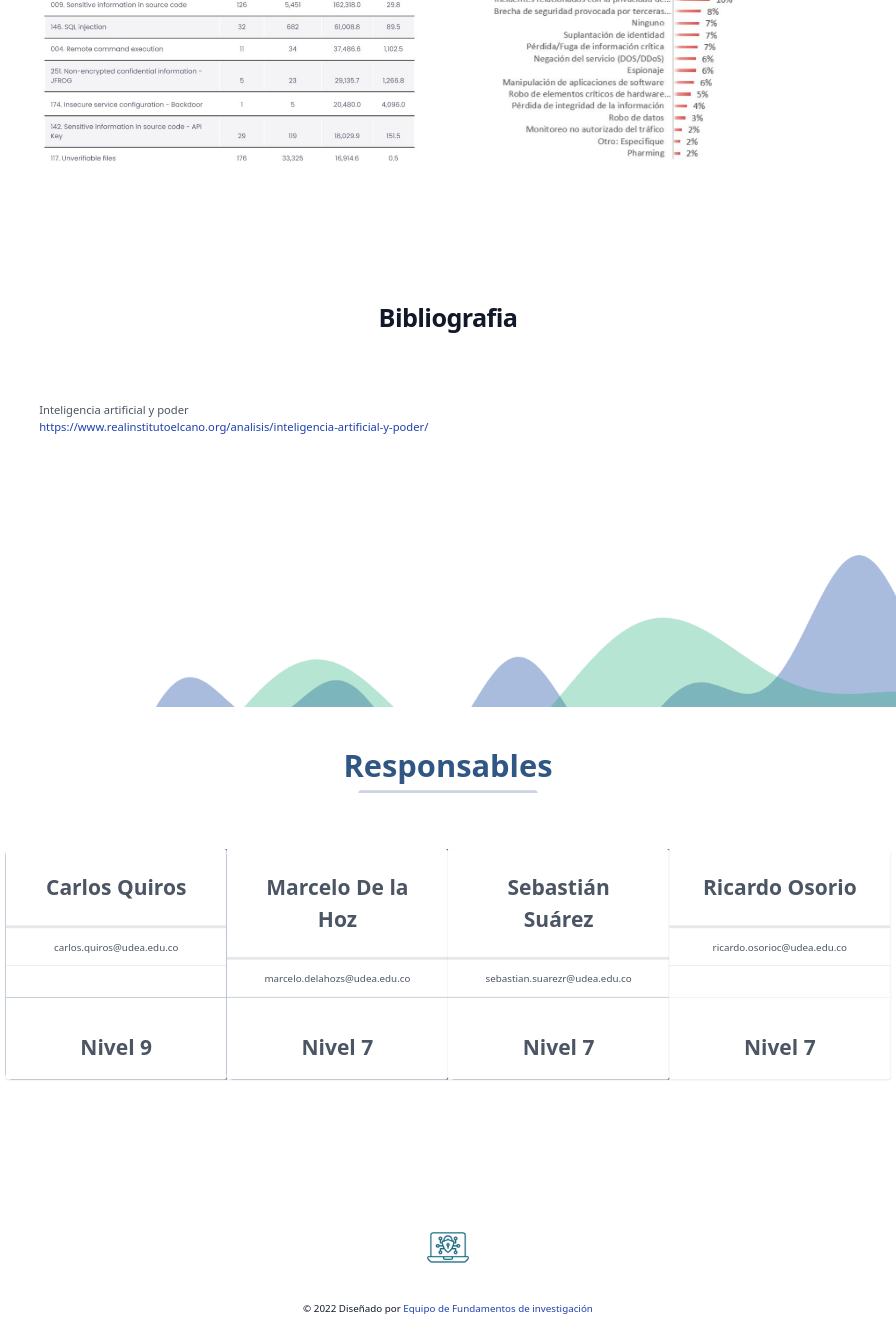
Repository: cardacar/fdi-2022
Page: /
These files come from the project's save history. The page is drawn as it stood at one moment and after the next save; the edit follows.
The browser window is 1280 px wide. The pictures show the part of the page from y = 4580 to 6500 px (the page is 6504 px tall before and 6904 px after), at 70% of full size.
The project was rebuilt for these pictures with package versions that can differ from the ones it lists, and the page was loaded fresh each time. The framework's server and built-in components were replaced by stand-ins that run in the browser. Also part of the build but not shown: next.config.js.

Above is the page before, as saved 2022-08-07 16:51:19.

### src/pages/index.tsx
import React from "react";

import About from "../components/About";
import Canvas from "../components/Canvas";
import Features from "../components/Features";
import Header from "../components/Header";
import LazyShow from "../components/LazyShow";
import MainHero from "../components/MainHero";
import MainHeroImage from "../components/MainHeroImage";
import Pricing from "../components/Pricing";
import Product from "../components/Product";
import Necesidad from "../components/Necesidad";
import Problema from "../components/Problema";
import Bibliografia from "../components/Bibliografia";

const App = () => {
  return (
    <div className={`bg-background grid gap-y-16 overflow-hidden`}>
      <div className={`relative bg-background`}>
        <div className="max-w-7xl mx-auto">
          <div
            className={`relative z-10 pb-8 bg-background sm:pb-16 md:pb-20 lg:max-w-2xl lg:w-full lg:pb-28 xl:pb-32`}
          >
            <Header />
            <MainHero />
          </div>
        </div>
        <MainHeroImage />
      </div>
      <Canvas />
      <LazyShow>
        <>
          <Product />
          <Canvas />
        </>
      </LazyShow>
      <LazyShow>
        <>
          <Features />
        </>
      </LazyShow>
      <LazyShow>
        <>
          <Necesidad />
        </>
      </LazyShow>

      <LazyShow>
        <>
          <Problema />
        </>
      </LazyShow>

      <LazyShow>
        <>
          <Bibliografia />
        </>
      </LazyShow>

      <LazyShow>
        <>
          <Canvas />

          <Pricing />
        </>
      </LazyShow>
      <LazyShow>
        <>
          <About />
        </>
      </LazyShow>
    </div>
  );
};

export default App;

### src/styles/main.css
@tailwind base;
@tailwind components;
@tailwind utilities;


:root {
  --color-primary: #11626D;
  --color-secondary: #1F9BAD;
  --color-tertiaty: #99a0a3;
}

a {
  @apply text-blue-800;
}

a:hover {
  @apply border-b-2 border-blue-900;
}



.content p {
  @apply my-6;
}

.content ul {
  @apply my-6;
}

### src/utils/AppConfig.ts
export const AppConfig = {
  site_name: 'FDICIA',
  title: 'Cómo influye la Inteligencia Artificial a la ciberseguridad en las empresas Colombianas',
  description: '',
  locale: 'es',
};

### src/components/About.tsx
import React from 'react';

import config from '../config/index.json';

const About = () => {
  const { company } = config;
  const { logo, name: companyName } = company;


  return (
    <div
      id="about"
      className="mx-auto container xl:px-20 lg:px-12 sm:px-6 px-4 py-12"
    >
      <div className="flex flex-col items-center justify-center">
        <div>
          <img src={logo} alt={companyName} className="w-16 h-16" style={{color: 'red'}}/>
        </div>
        <div className="flex items-center mt-6">
          <p className="mt-6 text-xs lg:text-sm leading-none text-gray-900 dark:text-gray-50">
            &copy; {new Date().getFullYear()} Diseñado por{' '}
            <a href="#" rel="nofollow">
              Equipo de Fundamentos de investigación
            </a>
          </p>
        </div>
      </div>
    </div>
  );
};
export default About;

### src/components/Canvas.tsx
import { useRef, FC, useEffect, useState } from 'react';

import { CanvasContext } from '../hooks/useCanvas';
import useResponsiveSize from '../hooks/useResponsiveSize';
import Wave from './Wave';

const Canvas: FC = () => {
  const canvasRef = useRef<HTMLCanvasElement>(null);
  const { width } = useResponsiveSize();
  const [context, setContext] = useState<
    CanvasRenderingContext2D | undefined
  >();

  useEffect(() => {
    const ctx = canvasRef?.current?.getContext('2d');
    if (ctx) setContext(ctx);
  }, []);

  return (
    <>
      <CanvasContext.Provider value={{ context }}>
        <canvas id="canvas" ref={canvasRef} width={width} height={220}></canvas>
        <Wave />
      </CanvasContext.Provider>
    </>
  );
};

export default Canvas;

### src/components/Features.tsx
import React from 'react';

import config from '../config/index.json';

const Features = () => {
  const { features } = config;
  const { title, subtitle, description, items: featuresList } = features;
  return (
    <div className={`py-12 bg-background`} id="features">
      <div className="max-w-7xl mx-auto px-4 sm:px-6 lg:px-8">
        <div className="lg:text-center">
          <h2
            className={`text-base text-primary font-semibold tracking-wide uppercase`}
          >
            {title}
          </h2>
          <p className="mt-2 text-3xl leading-8 font-extrabold tracking-tight text-gray-900 sm:text-4xl">
            {subtitle}
          </p>
          <p className="mt-4 max-w-2xl text-xl text-gray-500 lg:mx-auto">
            {description}
          </p>
        </div>

        <div className="mt-10">
          <dl className="space-y-10 md:space-y-0 md:grid md:grid-cols-2 md:gap-x-8 md:gap-y-10">
            {featuresList.map((feature) => (
              <div key={feature.name} className="relative">
                <dt>
                  <div
                    className={`absolute flex items-center justify-center h-12 w-12 rounded-md bg-background text-tertiary border-primary border-4`}
                  >
                    <img
                      className={`inline-block h-6 w-6`}
                      src={feature.icon}
                      alt={feature.name}
                    />
                  </div>
                  <p className="ml-16 text-lg leading-6 font-medium text-gray-900">
                    {feature.name}
                  </p>
                </dt>
                <dd className="mt-2 ml-16 text-base text-gray-500">
                  {feature.description}
                </dd>
              </div>
            ))}
          </dl>
        </div>
      </div>
    </div>
  );
};

export default Features;

### src/components/LazyShow.tsx
import React, { MutableRefObject, useEffect, useRef, useState } from 'react';

import { motion, useAnimation } from 'framer-motion';

function useOnScreen(
  ref: MutableRefObject<HTMLDivElement | null>,
  rootMargin = '0px'
) {
  const [isIntersecting, setIntersecting] = useState(false);

  useEffect(() => {
    let currentRef: any = null;
    const observer = new IntersectionObserver(
      ([entry]) => {
        if (entry?.isIntersecting) setIntersecting(entry?.isIntersecting);
      },
      {
        rootMargin,
      }
    );
    if (ref && ref?.current) {
      currentRef = ref.current;
      observer.observe(currentRef);
    }
    return () => {
      observer.unobserve(currentRef);
    };
  }, [ref, rootMargin]); // Empty array ensures that effect is only run on mount and unmount

  return isIntersecting;
}

const LazyShow = ({ children }: { children: React.ReactChild }) => {
  const controls = useAnimation();
  const rootRef = useRef<HTMLDivElement>(null);
  const onScreen = useOnScreen(rootRef);
  useEffect(() => {
    if (onScreen) {
      controls.start({
        x: 0,
        opacity: 1,
        transition: {
          duration: 0.5,
          ease: 'easeOut',
        },
      });
    }
  }, [onScreen, controls]);
  return (
    <motion.div
      className="lazy-div"
      ref={rootRef}
      initial={{ opacity: 0, x: -50 }}
      animate={controls}
    >
      {children}
    </motion.div>
  );
};

export default LazyShow;

### src/components/MainHero.tsx
import React from 'react';

import config from '../config/index.json';

const MainHero = () => {
  const { mainHero } = config;
  return (
    <main className="mt-10 mx-auto max-w-7xl px-4 sm:mt-12 sm:px-6 md:mt-16 lg:mt-20 lg:px-8 xl:mt-28">
      <div className="sm:text-center lg:text-left">
        <h1 className="text-4xl tracking-tight font-extrabold text-gray-900 sm:text-5xl md:text-6xl">
          <span className="block xl:inline">{mainHero.title}</span>{' '}
          <span className={`block text-primary xl:inline`}>
            {mainHero.subtitle}
          </span>
        </h1>
        <p className="mt-3 text-base text-gray-500 sm:mt-5 sm:text-lg sm:max-w-xl sm:mx-auto md:mt-5 md:text-xl lg:mx-0">
          {mainHero.description}
        </p>
      </div>
    </main>
  );
};

export default MainHero;

### src/components/Product.tsx
import React from "react";

import config from "../config/index.json";
import Divider from "./Divider";

const Product = () => {
  const { product } = config;
  const [firstItem, secondItem] = product.items;

  return (
    <section className={`bg-background py-8`} id="product">
      <div className={`container max-w-5xl mx-auto m-8`}>
        <h1
          className={`w-full my-2 text-5xl font-bold leading-tight text-center text-primary`}
        >
          {product.title.split(" ").map((word, index) => (
            <span
              key={index}
              className={index % 2 ? "text-primary" : "text-border"}
            >
              {word}{" "}
            </span>
          ))}
        </h1>
        <Divider />
        <div className={`flex flex-wrap`}>
          <div className={`w-5/6 sm:w-1/2 p-6 mt-20`}>
            <h3
              className={`text-3xl text-gray-800 font-bold leading-none mb-3`}
            >
              {firstItem?.title}
            </h3>
            <p className={`text-gray-600`}>{firstItem?.description}</p>
          </div>
          <div className={`w-full sm:w-1/2 p-6`}>
            <img
              className="h-6/6"
              src={firstItem?.img}
              alt={firstItem?.title}
            />
          </div>
        </div>
        <div className={`flex flex-wrap flex-col-reverse sm:flex-row`}>
          <div className={`w-full sm:w-1/2 p-6`}>
            <img
              className="h-6/6"
              src={secondItem?.img}
              alt={secondItem?.title}
            />
          </div>
          <div className={`w-full sm:w-1/2 p-6 mt-20`}>
            <div className={`align-middle`}>
              <h3
                className={`text-3xl text-gray-800 font-bold leading-none mb-3`}
              >
                {secondItem?.title}
              </h3>
              <p className={`text-gray-600 mb-8`}>{secondItem?.description}</p>
            </div>
          </div>
          <div className={`w-full p-6 mt-20 text-center`}>
            <div className={`align-middle`}>
              <h3
                className={`text-3xl text-gray-800 font-bold leading-none mb-3`}
              >
              </h3>
              <p className={`text-gray-600 mb-8 text-justify`}>
                Con el incremento en la cantidad de información que se maneja en
                la red en especial a nivel empresarial, se ve la necesidad de
                gestionar y controlar la seguridad de toda esta, velando por la
                automatización de muchos de estos procesos, para asi no agobiar
                y mantener al personal concentrado en los casos mas importante.
                Aqui es donde entra la inteligencia artificial,siendo una
                herramienta que permite la constante actualización de su uso,
                permite asumir una gran cantidad de tareas a la hora de mantener
                la seguridad de la información.<br></br><br></br> En cuanto a generar las fallas
                de seguridad, las mismas características que hacen a las IA una
                de las mejores herramientas para proteger información, las
                vuelven a su vez las más óptimas para penetrar en los sistemas
                de seguridad, además de que estas tienen una ventaja, la cual es
                que tú como defensor no puedes fallar nunca, pero como atacante
                no importa cuantas veces falles, dado que con solo una victoria,
                es la derrota total para la seguridad del sistema. Al ser las IA
                capaz de evolucionar con cada intento, las que tendrían más
                capacidad de desarrollo a lo largo del tiempo será la del
                atacante.
              </p>
            </div>
          </div>
        </div>
      </div>
    </section>
  );
};

export default Product;

### src/components/Necesidad.tsx
import React from 'react';

import config from '../config/index.json';

const Necesidad = () => {
  const { Necesidad } = config;
  const { title, subtitle, description, items: featuresList } = Necesidad;
  return (
    <div className={`py-12 bg-background`} id="necesidad">
      <div className="max-w-7xl mx-auto px-4 sm:px-6 lg:px-8">
        <div className="lg:text-center">
          <h2
            className={`text-base text-primary font-semibold tracking-wide uppercase`}
          >
            {title}
          </h2>
          <p className="mt-2 text-3xl leading-8 font-extrabold tracking-tight text-gray-900 sm:text-4xl">
            {subtitle}
          </p>
          <p className="mt-4 max-w-2xl text-xl text-gray-500 lg:mx-auto">
            {description}
          </p>
        </div>

        <div className="mt-10">
          <dl className="space-y-10 md:space-y-0 md:grid md:grid-cols-2 md:gap-x-8 md:gap-y-10">
            {featuresList.map((feature) => (
              <div key={feature.name} className="relative">
                <dt>
                  <p className="ml-16 text-lg leading-6 font-medium text-gray-900">
                    {feature.name}
                  </p>
                </dt>
                <dd className="mt-2 ml-16 text-base text-gray-500">
                  {feature.description}
                </dd>
              </div>
            ))}
          </dl>
        </div>
      </div>
    </div>
  );
};

export default Necesidad;

### src/components/Problema.tsx
import React from "react";
import config from "../config/index.json";

const Problema = () => {
  return (
    <div className={`py-12 bg-background`} id="problema">
      <div className="max-w-7xl mx-auto px-4 sm:px-6 lg:px-8">
        <div className="lg:text-center">
          <p className="mt-2 text-3xl leading-8 font-extrabold tracking-tight text-gray-900 sm:text-4xl">
            Problema
          </p>
        </div>
        <div className={`w-full p-6 mt-20 text-center`}>
            <div className={`align-middle`}>
              <h3
                className={`text-3xl text-gray-800 font-bold leading-none mb-3`}
              >
              </h3>
              <p className={`text-gray-600 mb-8 text-justify`}>
              En el año 2021 se presentaron 41 billones de intentos de ataques
            cibernéticos en el mundo y siete billones en Colombia. De acuerdo
            con el último informe presentado por la Fiscalía General de la
            Nación, en Colombia en el año 2021 el número de ataques cibernéticos
            aumentó en un 30%, comparado con el año anterior. Si bien, las
            compañías y entidades oficiales han venido trabajando fuertemente en
            estrategias tendientes a robustecer las medidas de ciberseguridad,
            estas no han sido suficientes, ya que casos como el secuestro de
            información o la afectación de datos a entidades, aún continúan
            presentándose y han ocasionado grandes pérdidas económicas para las
            organizaciones, ya que estas han tenido que efectuar cuantiosos
            pagos frente a este tipo extorsiones a los cibercriminales.
            <br></br>
            <br></br>
            Los cibercrímenes generan cada vez más rentabilidad para los
            atacantes y en este sentido, si no existen herramientas para
            contrarrestarlos y estar protegidos, seguirá creciendo la curva de
            ciberataques para empresas y entidades de gobierno.
              </p>
            </div>
          </div>
          <div className={`flex flex-wrap`}>


          <div className={`w-full sm:w-1/2 p-6`}>
            <img
              className="h-6/6"
              src={`${config.metrics[0]?.url}`}
              alt="#"
            />
          </div>
          <div className={`w-full sm:w-1/2 p-6`}>
            <img
              className="h-6/6"
              src={`${config.metrics[1]?.url}`}
              alt="#"
            />
          </div>
        </div>
      </div>
    </div>
  );
};

export default Problema;

### src/components/Bibliografia.tsx
import React from "react";

const Bibliografia = () => {
  return (
    <div className={`py-12 bg-background`} id="bibliografia">
      <div className="max-w-7xl mx-auto px-4 sm:px-6 lg:px-8">
        <div className="lg:text-center">
          <p className="mt-2 text-3xl leading-8 font-extrabold tracking-tight text-gray-900 sm:text-4xl">
            Bibliografia
          </p>
        </div>
        <div className={`w-full p-6 mt-20 text-center`}>
          <div className={`align-middle`}>
            <p className={`text-gray-600 mb-8 text-justify`}>
              Inteligencia artificial y poder<br></br>
             <a href=" https://www.realinstitutoelcano.org/analisis/inteligencia-artificial-y-poder/"> https://www.realinstitutoelcano.org/analisis/inteligencia-artificial-y-poder/</a>
            </p>
          </div>
        </div>
      </div>
    </div>
  );
};

export default Bibliografia;

### src/components/Wave.tsx
import { FC } from 'react';

import { useCanvasContext } from '../hooks/useCanvas';
import useResponsiveSize from '../hooks/useResponsiveSize';
import WaveObj from '../utils/wave';

const Wave: FC = () => {
  const { context } = useCanvasContext();
  const { width } = useResponsiveSize();
  const height = 600;
  let frequency = 0.013;
  const waves = {
    frontWave: new WaveObj([0.0211, 0.028, 0.015], 'rgb(44, 89, 171, 0.4)'),
    backWave: new WaveObj([0.0122, 0.018, 0.005], 'rgb(17, 169, 111, 0.3)'),
  };

  const render = () => {
    context?.clearRect(0, 0, width, height);
    Object.entries(waves).forEach(([, wave]) => {
      wave.draw(context!, width, height, frequency);
    });
    frequency += 0.013;
    requestAnimationFrame(render);
  };
  if (context) render();
  return null;
};

export default Wave;

Loaded but not shown: src/pages/_app.tsx (common file); src/pages/_document.tsx (common file); src/components/MainHeroImage.tsx (common file); src/hooks/useCanvas.ts (common file); src/hooks/useResponsiveSize.ts (common file); src/components/Divider.tsx (common file); src/utils/wave.ts (common file); src/config/index.json (134 lines, source omitted); tailwind.config.js (46 lines, source omitted); src/components/Pricing.tsx (156 lines, source omitted); src/components/Header.tsx (118 lines, source omitted)

After the next save:
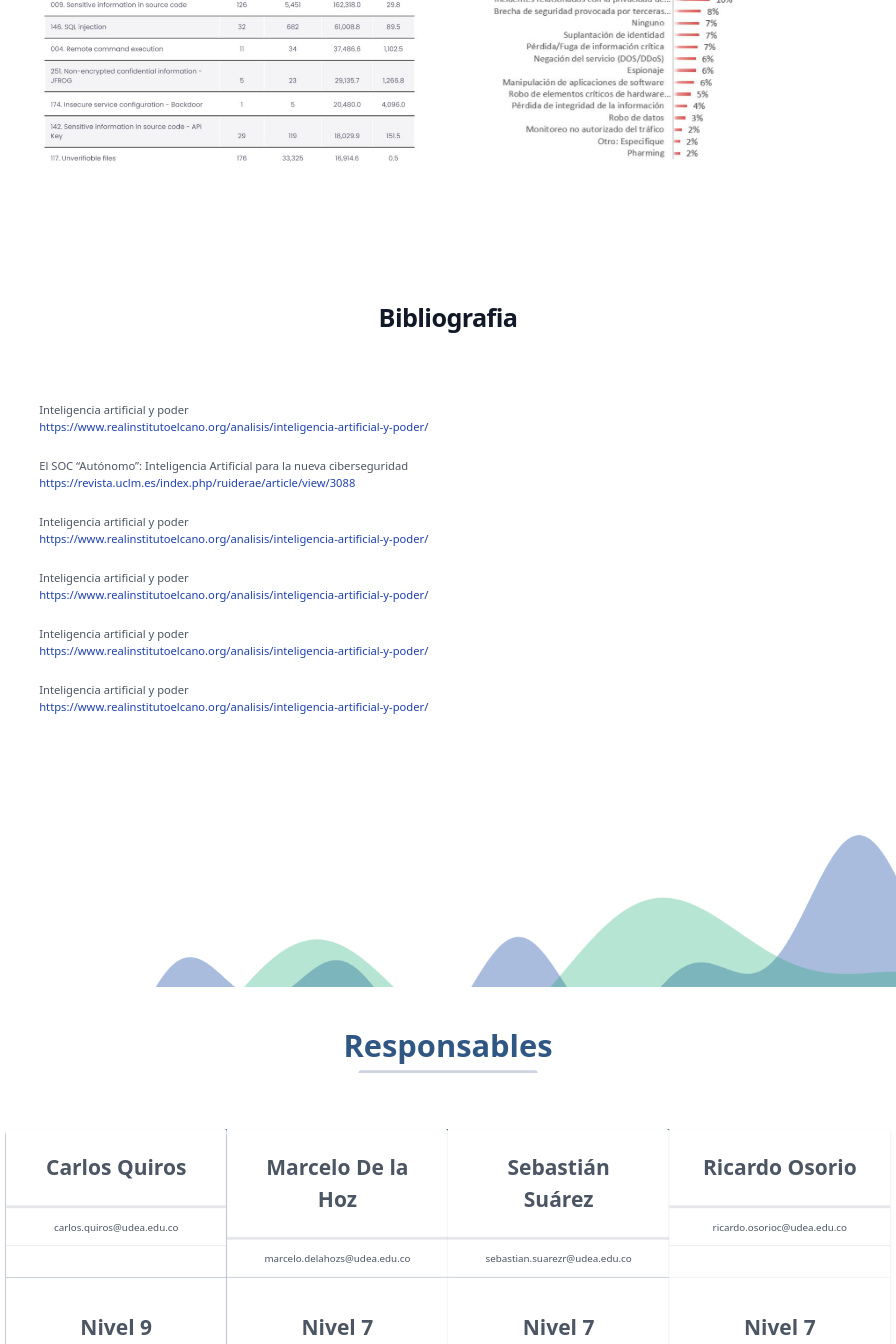
Saved 66 s later.
--- a/src/components/Bibliografia.tsx
+++ b/src/components/Bibliografia.tsx
@@ -16,6 +16,36 @@ const Bibliografia = () => {
              <a href=" https://www.realinstitutoelcano.org/analisis/inteligencia-artificial-y-poder/"> https://www.realinstitutoelcano.org/analisis/inteligencia-artificial-y-poder/</a>
             </p>
           </div>
+          <div className={`align-middle`}>
+            <p className={`text-gray-600 mb-8 text-justify`}>
+            El SOC “Autónomo”: Inteligencia Artificial para la nueva ciberseguridad<br></br>
+             <a href="https://revista.uclm.es/index.php/ruiderae/article/view/3088">https://revista.uclm.es/index.php/ruiderae/article/view/3088</a>
+            </p>
+          </div>
+          <div className={`align-middle`}>
+            <p className={`text-gray-600 mb-8 text-justify`}>
+              Inteligencia artificial y poder<br></br>
+             <a href=" https://www.realinstitutoelcano.org/analisis/inteligencia-artificial-y-poder/"> https://www.realinstitutoelcano.org/analisis/inteligencia-artificial-y-poder/</a>
+            </p>
+          </div>
+          <div className={`align-middle`}>
+            <p className={`text-gray-600 mb-8 text-justify`}>
+              Inteligencia artificial y poder<br></br>
+             <a href=" https://www.realinstitutoelcano.org/analisis/inteligencia-artificial-y-poder/"> https://www.realinstitutoelcano.org/analisis/inteligencia-artificial-y-poder/</a>
+            </p>
+          </div>
+          <div className={`align-middle`}>
+            <p className={`text-gray-600 mb-8 text-justify`}>
+              Inteligencia artificial y poder<br></br>
+             <a href=" https://www.realinstitutoelcano.org/analisis/inteligencia-artificial-y-poder/"> https://www.realinstitutoelcano.org/analisis/inteligencia-artificial-y-poder/</a>
+            </p>
+          </div>
+          <div className={`align-middle`}>
+            <p className={`text-gray-600 mb-8 text-justify`}>
+              Inteligencia artificial y poder<br></br>
+             <a href=" https://www.realinstitutoelcano.org/analisis/inteligencia-artificial-y-poder/"> https://www.realinstitutoelcano.org/analisis/inteligencia-artificial-y-poder/</a>
+            </p>
+          </div>
         </div>
       </div>
     </div>
